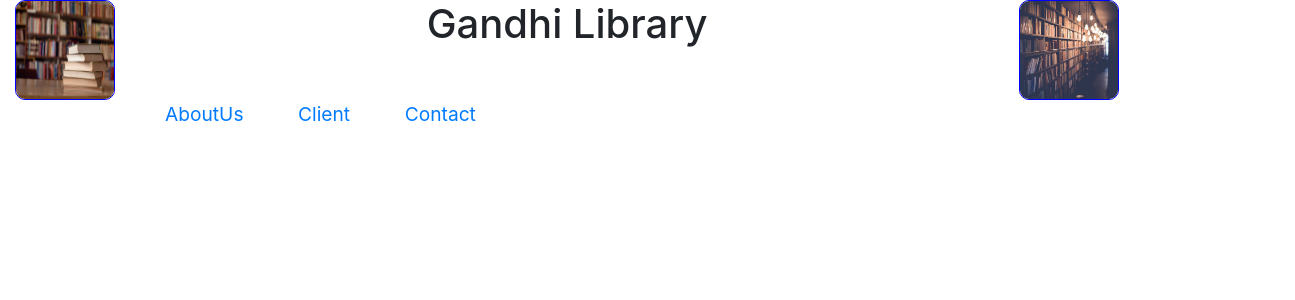
Repository: venkatesakki/JavaDeveloper
Page: css_examples/src/main/webapp/examplebootstrap.html
An editor plug-in stored every save of this project. The page is shown before and after the next save, followed by the edit.
The browser window is 1280 px wide. The page is 1295 px wide, so the pictures cover 1295 px, including what lies to the right of the window. The pictures show the whole page.

Above is the page before, as saved 2022-06-27 09:17:43.

### css_examples/src/main/webapp/examplebootstrap.html
<!DOCTYPE html>
<html>
<head>
<meta charset="UTF-8">
<title>Insert title here</title>
<link rel="stylesheet"
	href="https://cdn.jsdelivr.net/npm/bootstrap@4.0.0/dist/css/bootstrap.min.css"
	integrity="sha384-Gn5384xqQ1aoWXA+058RXPxPg6fy4IWvTNh0E263XmFcJlSAwiGgFAW/dAiS6JXm"
	crossorigin="anonymous">


<style type="text/css">
ul>li {
	display: inline;
	margin-left: 50px;
}

a {
	text-decoration: none;
	font-size: 1.2em;
}

.smallImage {
	width: 100px;
	height: 100px;
	border: 1px solid blue;
	border-radius: 10px;
}

.left {
	float: left;
}

.right {
	float: right;
}
</style>

</head>
<body>

	<div class="container-fluid">
		<div class="row">

			<div class="col-md-4">
				<img alt="Image of Book" src="images/sample.jpg"
					class="smallImage left">
			</div>
			<div >
				<h1>Gandhi Library</h1>
			</div>

			<div class="col-md-4">
				<img alt="Image of Book" src="images/sample1.jpeg"
					class="smallImage right">
			</div>

		</div>

	</div>

	<div class="row">
		<nav>
			<ul style="margin-left: 90px">

				<li><a href="aboutus.html">AboutUs</a></li>
				<li><a href="client.html">Client</a></li>
				<li><a href="contact.html">Contact</a></li>

			</ul>
		</nav>


	</div>

</body>
</html>

After the next save:
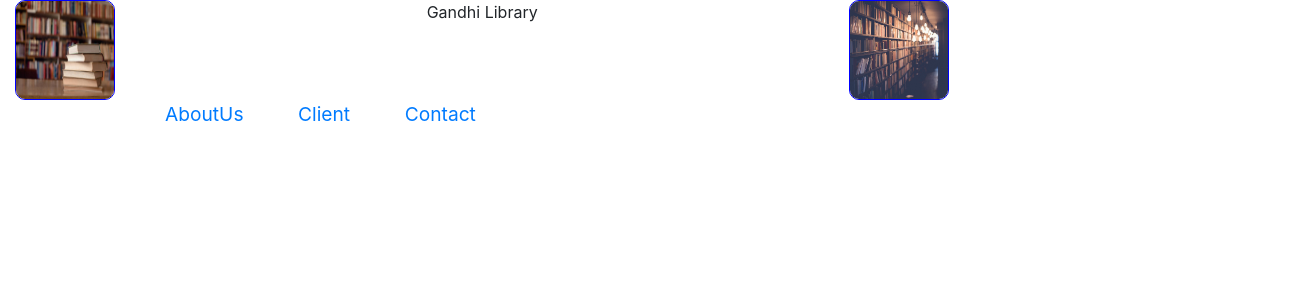
Saved 42 s later.
--- a/css_examples/src/main/webapp/examplebootstrap.html
+++ b/css_examples/src/main/webapp/examplebootstrap.html
@@ -47,7 +47,7 @@ a {
 					class="smallImage left">
 			</div>
 			<div >
-				<h1>Gandhi Library</h1>
+		Gandhi Library
 			</div>
 
 			<div class="col-md-4">
